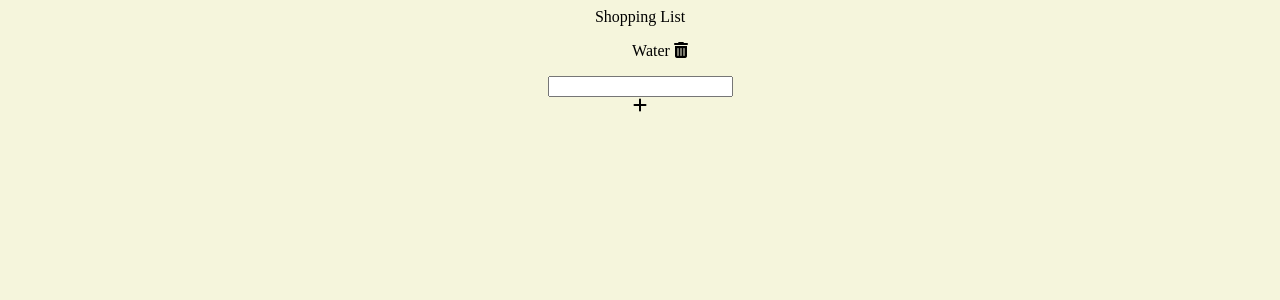
Repository: keehoonjung/Shopping-list
Page: index.html
These files come from the project's save history. The page is drawn as it stood at one moment and after the next save; the edit follows.
The browser window is 1280 px wide. The pictures show the whole page.
Some web libraries are served in a nearby version.

Above is the page before, as saved 2021-08-07 17:16:21.

After the next save:
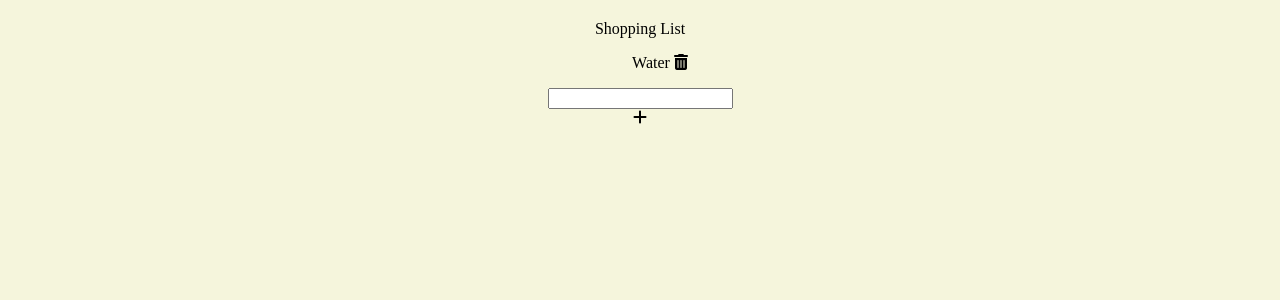
Saved 34 s later.
--- a/style.css
+++ b/style.css
@@ -6,3 +6,7 @@
 li {
   list-style: none;
 }
+
+.container {
+  margin-top: 20px;
+}
